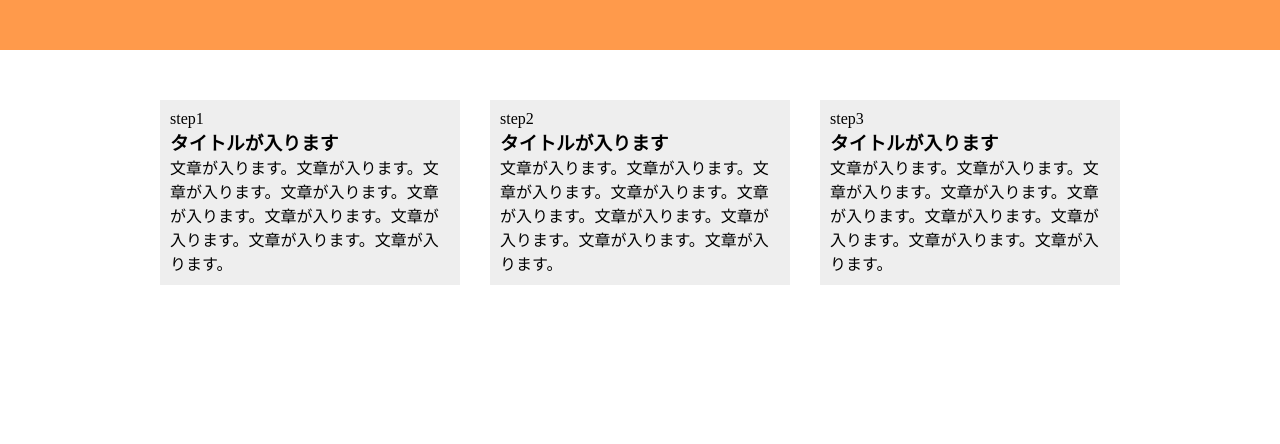
Repository: takuto27/ouyou
Page: chapter9-2_exercise/ensyu9-2.html
The author's editor kept a record of every edit. The page is drawn from the files as they stood at one moment, then again after the next edit.
The browser window is 1280 px wide. The pictures show the whole page.

Above is the page before.

After the next edit:
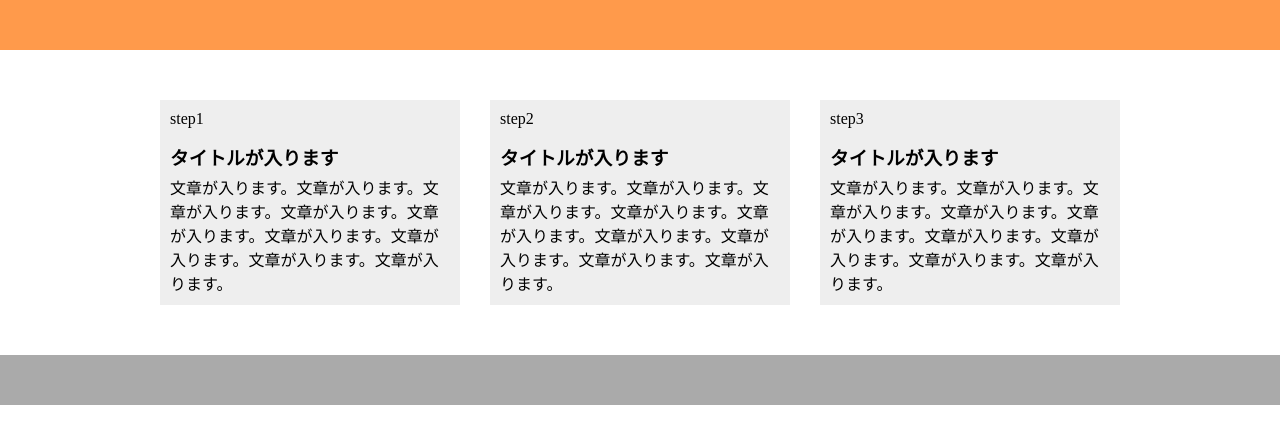
The edit:
--- a/chapter9-2_exercise/ensyu9-2.css
+++ b/chapter9-2_exercise/ensyu9-2.css
@@ -43,3 +43,17 @@
   background-position: bottom;
   background-size: cover;
 }
+.category {
+   position: absolute;
+  top: 0;
+  left: 0;
+  background-color: #ff9a4b;
+  color: #fff;
+}
+.title {
+  margin: 15px 0 5px;
+}
+footer {
+  height: 50px;
+  background-color: #aaa;
+}
